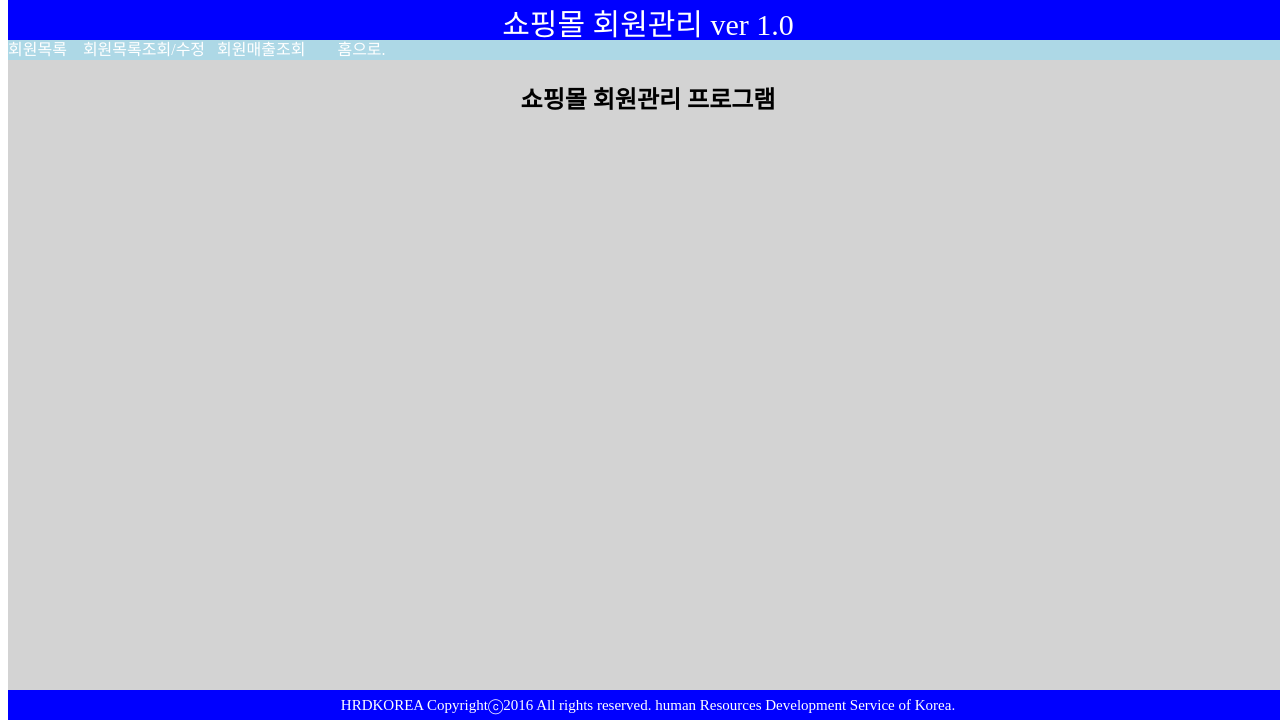
Repository: RnfElwl/youtube_infoT
Page: http://localhost/HRD_30812/join.jsp
These files come from the project's save history. The page is drawn as it stood at one moment and after the next save; the edit follows.
The browser window is 1280 px wide. The pictures show the whole page.
The page is served by Tomcat 9. Other server files are loaded and not shown.

Above is the page before, as saved 2022-03-11 13:27:37.

### HRD_30812/src/main/webapp/join.jsp
<%@ page language="java" contentType="text/html; charset=UTF-8"
    pageEncoding="UTF-8"%>
<!DOCTYPE html>
<html>
<head>
<meta charset="UTF-8">
<title>join</title>
</head>
<body>
<jsp:include page="header.jsp"></jsp:include>
	<section style="position:fixed; top:60px; width:100%; height:100%; background-color:lightgray ">
	 <h2 style="text-align:center">쇼핑몰 회원관리 프로그램</h2><br>
	 </section>
	 <jsp:include page="footer.jsp"></jsp:include>

</body>
</html>

### HRD_30812/src/main/webapp/header.jsp
<%@ page language="java" contentType="text/html; charset=UTF-8"
    pageEncoding="UTF-8"%>
<!DOCTYPE html>
<html>
<head>
<meta charset="UTF-8">
<title>header</title>
</head>
<body>
<header style="position:fixed; top:0px; width:100%; height:40px;
	background-color:blue; color:white; font-size:30px; text-align:center;
	 line-height:40px '"> 쇼핑몰 회원관리 ver 1.0</header>
	 <nav style="position:fixed; top:40px; width:100%; height:20px;
	background-color:lightblue; color:white; line-height:20px ">
	회원목록 &nbsp;&nbsp; 회원목록조회/수정 &nbsp;&nbsp;회원매출조회 &nbsp; &nbsp; &nbsp; &nbsp;홈으로.</nav>
</body>
</html>

### HRD_30812/src/main/webapp/footer.jsp
<%@ page language="java" contentType="text/html; charset=UTF-8"
    pageEncoding="UTF-8"%>
<!DOCTYPE html>
<html>
<head>
<meta charset="UTF-8">
<title>footer</title>
</head>
<body>
	<footer style="position:fixed; bottom:0px; width:100%; height:30px;
	background-color:blue; color:white; text-align:center; line-height:30px; font-size:15px ">
	 HRDKOREA Copyrightⓒ2016 All rights reserved. human Resources Development Service of Korea.
	 </footer>
</body>
</html>

After the next save:
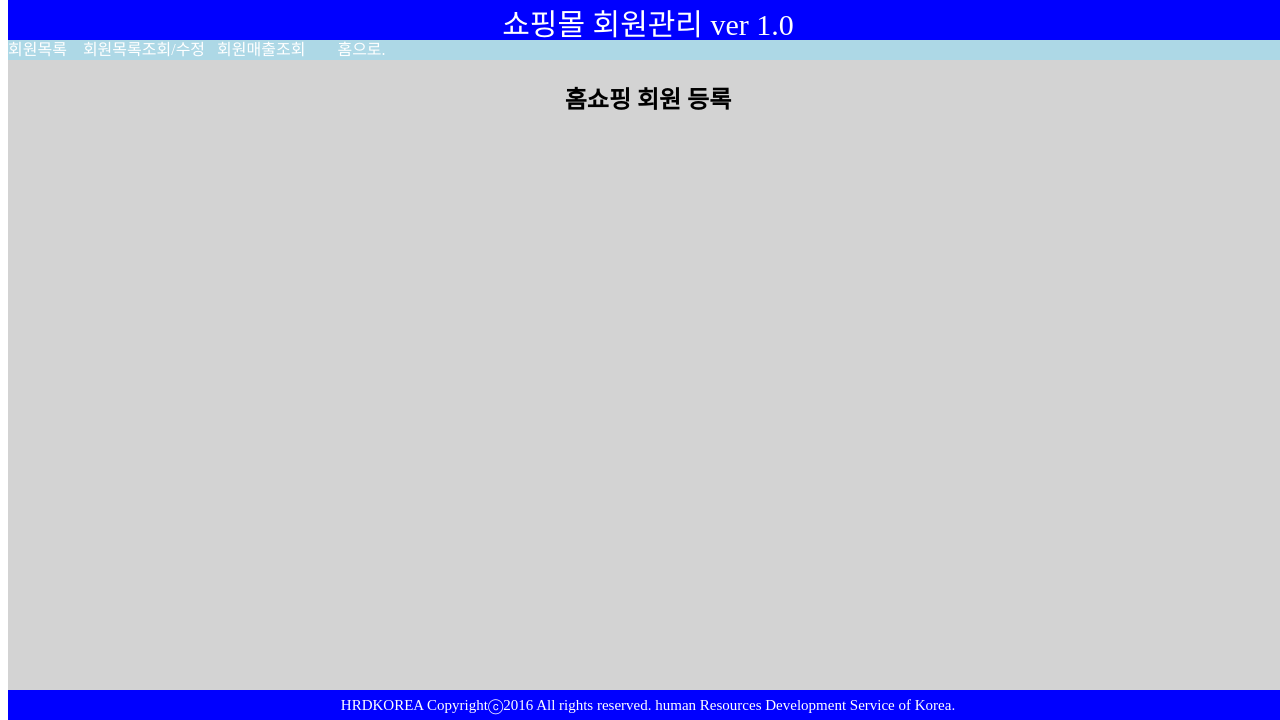
Saved 96 s later.
--- a/HRD_30812/src/main/webapp/join.jsp
+++ b/HRD_30812/src/main/webapp/join.jsp
@@ -9,7 +9,9 @@
 <body>
 <jsp:include page="header.jsp"></jsp:include>
 	<section style="position:fixed; top:60px; width:100%; height:100%; background-color:lightgray ">
-	 <h2 style="text-align:center">쇼핑몰 회원관리 프로그램</h2><br>
+	 <h2 style="text-align:center">홈쇼핑 회원 등록</h2><br>
+	 <form name="frm" style="display:flex; justify-content: center; align-items: center;">
+	 </form>
 	 </section>
 	 <jsp:include page="footer.jsp"></jsp:include>
 
